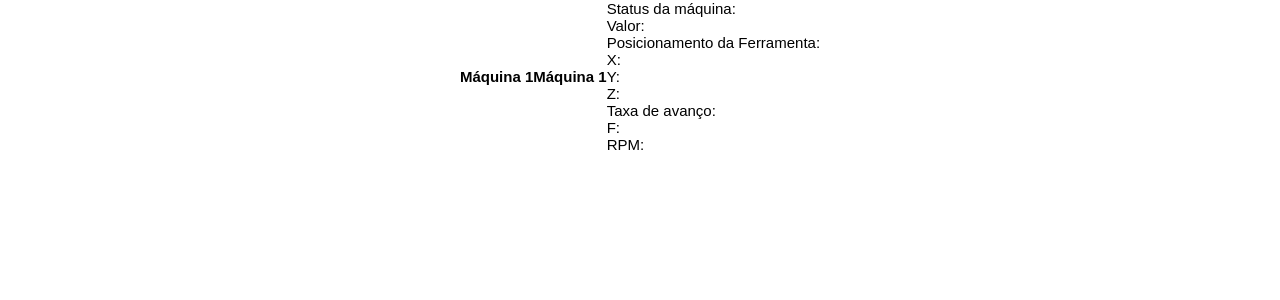
Repository: Murilo-Herrick/Dados-Faculdade
Page: Faculdade - SENAI/1º Semestre/Projeto Integrador/Desenvolvimento/WEB/Monitoramento_CNC_V0.2/TelaPrincipal.html
The author's editor kept a copy of each file at every save. The page is drawn from the files as they stood at one save, then again after the next save.
The browser window is 1280 px wide. The pictures show the whole page.

Above is the page before, as saved 2024-05-17 01:13:22.

### Faculdade - SENAI/1º Semestre/Projeto Integrador/Desenvolvimento/WEB/Monitoramento_CNC_V0.2/TelaPrincipal.html
<!DOCTYPE html>
<html lang="pt_">
<head>
    <meta charset="UTF-8">
    <meta name="viewport" content="width=device-width, initial-scale=1.0">
    <title>Máquina CNC</title>
    <link rel="stylesheet" href="css/TelaPrincipal.css">
</head>
<body>
    <h1>Máquina 1</h1>
    <div class="container"></div>

    <script src="js/TelaPrincipal.js"></script>
</body>
</html>
<!DOCTYPE html>
<html lang="pt_">
<head>
    <meta charset="UTF-8">
    <meta name="viewport" content="width=device-width, initial-scale=1.0">
    <title>Máquina CNC</title>
    <link rel="stylesheet" href="css/TelaPrincipal.css">
</head>
<body>
    <h1>Máquina 1</h1>
    <div class="containerCima">
        <div id="statusMaquina">
            <label for="status" id="tituloStatus">Status da máquina: </label>
            <p id="valorDoStatus">Valor: </p>
        </div>
        <div id="posicionamentoFerramenta">
            <label for="posicionamento" id="tituloPosicionamento">Posicionamento da Ferramenta: </label>
            <p id="eixo_X">X: </p>
            <p id="eixo_Y">Y: </p>
            <p id="eixo_Z">Z: </p>
        </div>
        <div id="taxaDeAvanco">
            <label for="taxaAvanco">Taxa de avanço: </label>
            <p id="valorAvanco">F: </p>
        </div>
        <div id="rpmMaquina">
            <label for="rpm">RPM: </label>
            <p id="valorRPM"> </p>
        </div>
    </div>
    <script src="js/TelaPrincipal.js"></script>
</body>
</html>

### Faculdade - SENAI/1º Semestre/Projeto Integrador/Desenvolvimento/WEB/Monitoramento_CNC_V0.2/css/TelaPrincipal.css
* {
    margin: 0;
    padding: 0;
    font-family: Arial, Helvetica, sans-serif;
    font-size: 15px;
    box-sizing: border-box;
}

body {
    display: flex;
    justify-content: center;
    align-items: center;
    min
}

Loaded but not shown: Faculdade - SENAI/1º Semestre/Projeto Integrador/Desenvolvimento/WEB/Monitoramento_CNC_V0.2/js/TelaPrincipal.js (no copy from this time; the picture is the same without it)

After the next save:
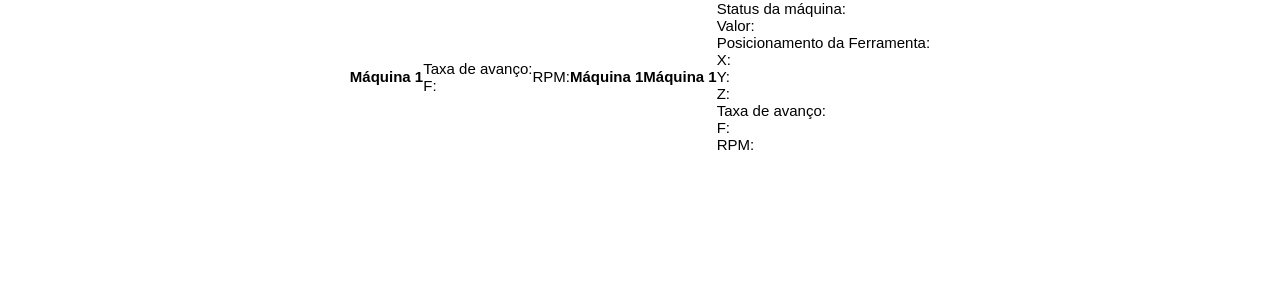
Saved 5 s later.
--- a/Faculdade - SENAI/1º Semestre/Projeto Integrador/Desenvolvimento/WEB/Monitoramento_CNC_V0.2/TelaPrincipal.html
+++ b/Faculdade - SENAI/1º Semestre/Projeto Integrador/Desenvolvimento/WEB/Monitoramento_CNC_V0.2/TelaPrincipal.html
@@ -1,3 +1,26 @@
+<!DOCTYPE html>
+<html lang="pt_">
+<head>
+    <meta charset="UTF-8">
+    <meta name="viewport" content="width=device-width, initial-scale=1.0">
+    <title>Máquina CNC</title>
+    <link rel="stylesheet" href="css/TelaPrincipal.css">
+</head>
+<body>
+    <h1>Máquina 1</h1>
+    <div class="container"></div>
+
+    <div id="taxaDeAvanco">
+        <label for="taxaAvanco">Taxa de avanço: </label>
+        <p id="valorAvanco">F: </p>
+    </div>
+    <div id="rpmMaquina">
+        <label for="rpm">RPM: </label>
+        <p id="valorRPM"> </p>
+    </div>
+    <script src="js/TelaPrincipal.js"></script>
+</body>
+</html>
 <!DOCTYPE html>
 <html lang="pt_">
 <head>
